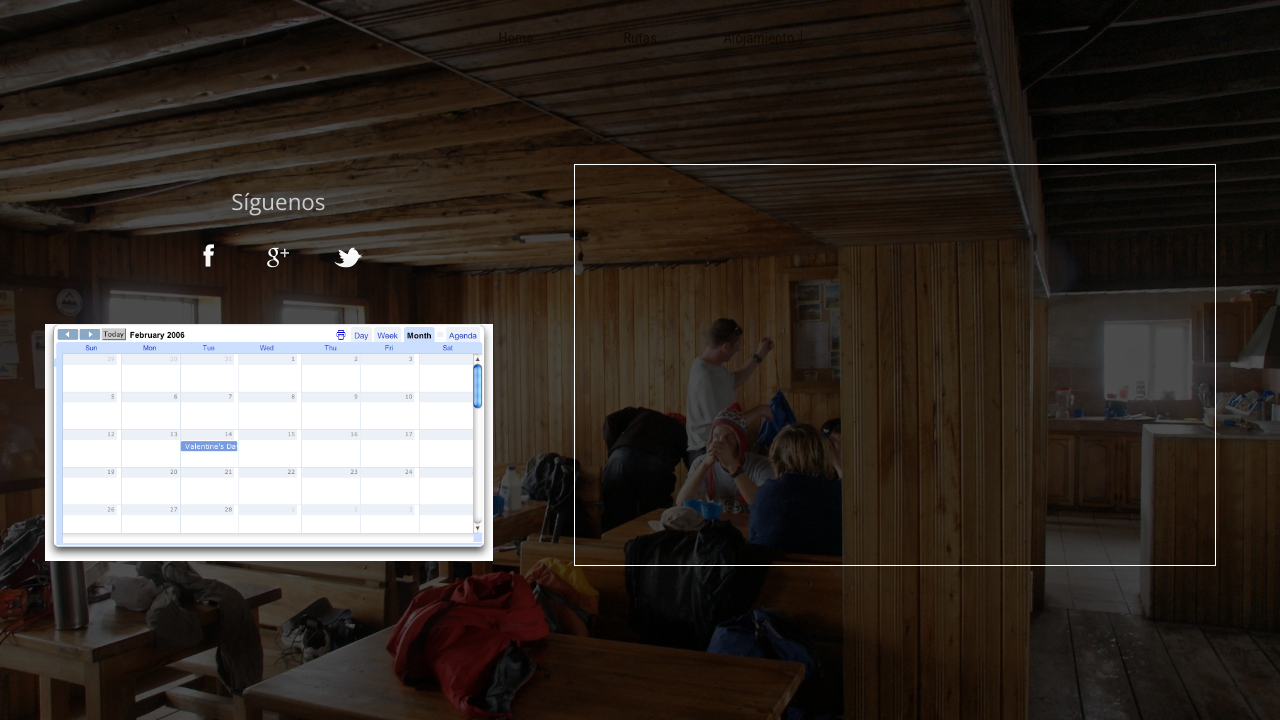
Repository: Croqueta-OPS/proyecto-pyrenees
Page: alojamiento.html
The author's editor kept a record of every edit. The page is drawn from the files as they stood at one moment, then again after the next edit.
The browser window is 1280 px wide. The pictures show the whole page.

Above is the page before.

After the next edit:
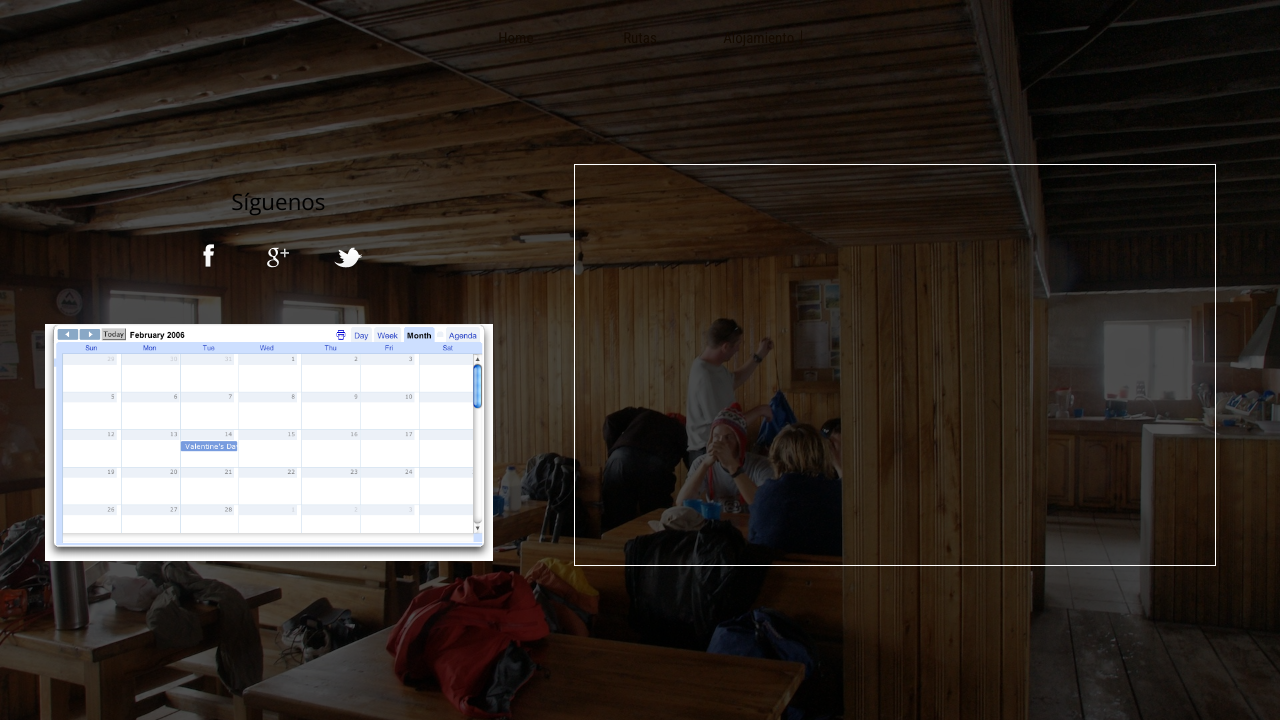
The edit:
--- a/css/camping.css
+++ b/css/camping.css
@@ -2,7 +2,6 @@
     height: 100%;
     margin: 0;
     padding: 0;
-    color: #CCCCCC;
     font-family: 'Open Sans', sans-serif;
 }
 
